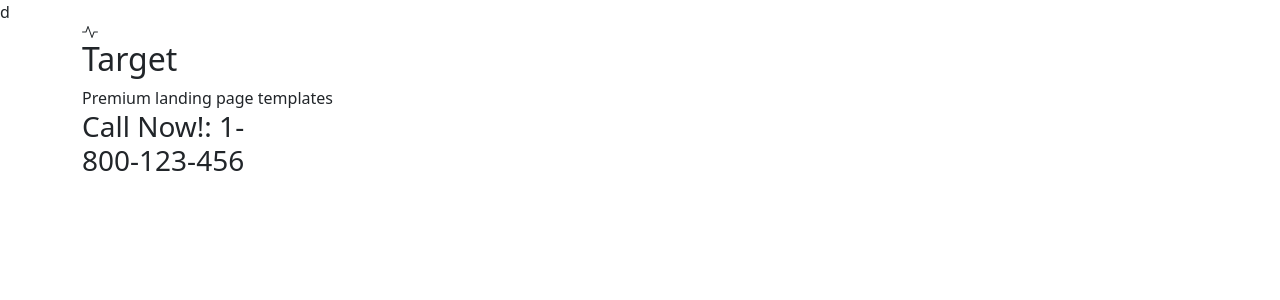
Repository: lyvandat/dh---bootstrap1
Page: index.html
An editor plug-in stored every save of this project. The page is shown before and after the next save, followed by the edit.
The browser window is 1280 px wide. The pictures show the whole page.
Some web libraries are served in a nearby version.

Above is the page before, as saved 2022-10-27 15:01:19.

After the next save:
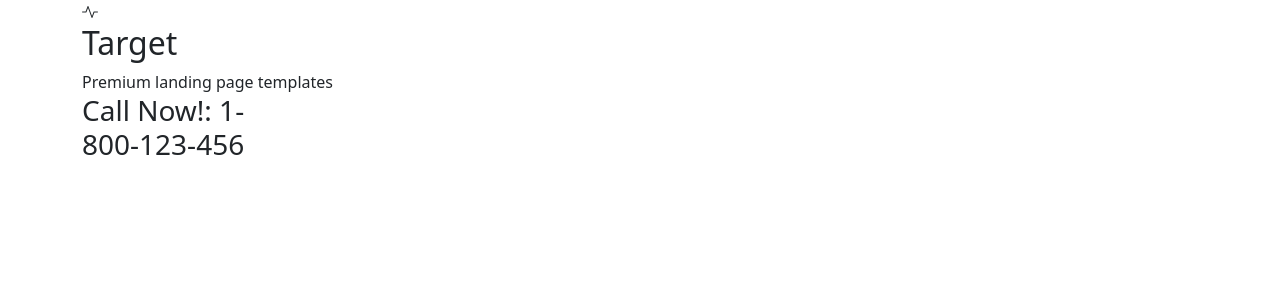
Saved 71 s later.
--- a/index.html
+++ b/index.html
@@ -1,4 +1,4 @@
-d<!DOCTYPE html>
+<!DOCTYPE html>
 <html lang="en">
   <head>
     <!-- Required meta tags -->
